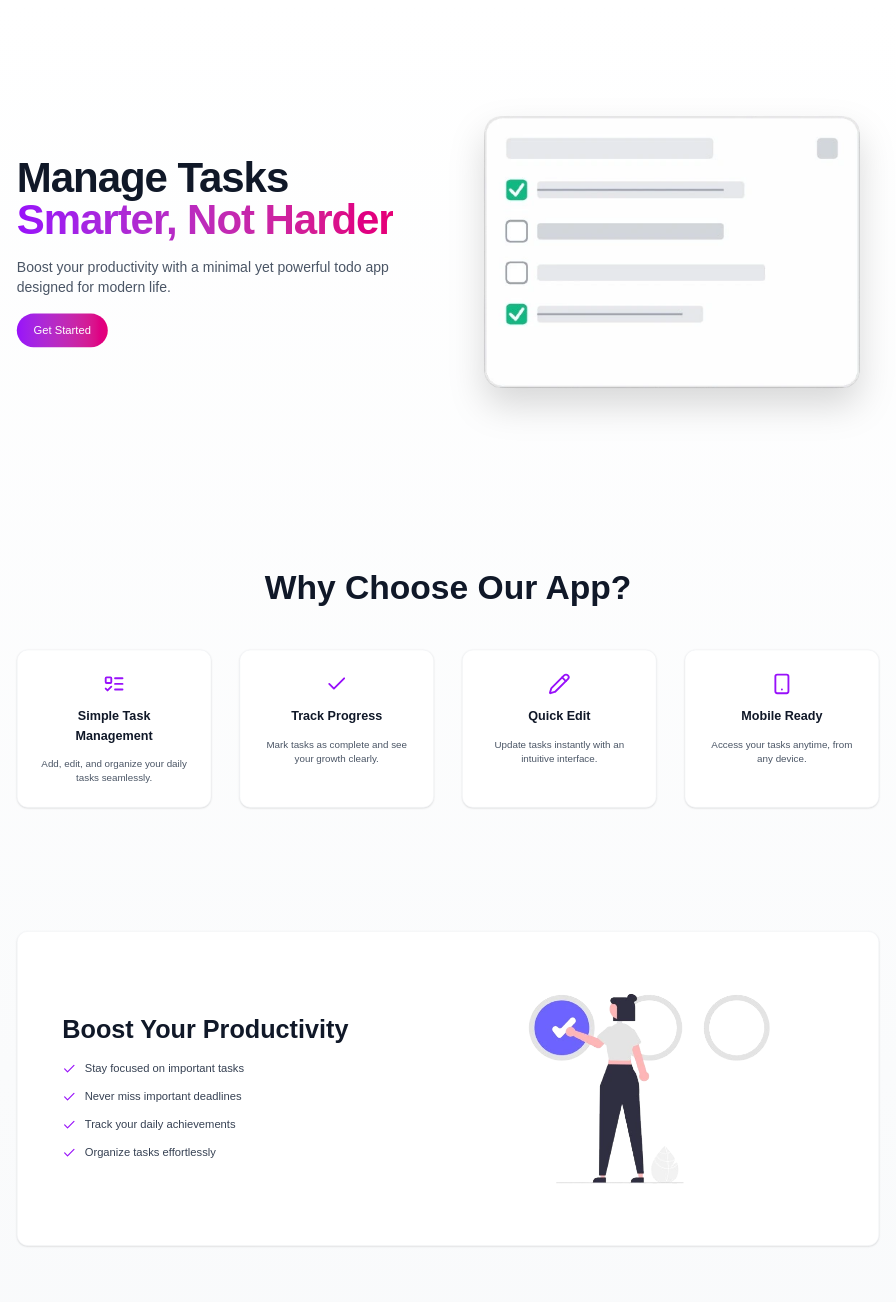
Repository: feldafauzan20/todo-app
Page: /
These files come from the project's save history. The page is drawn as it stood at one moment and after the next save; the edit follows.
The browser window is 1280 px wide. The pictures show the whole page, at 70% of full size.
The project was rebuilt for these pictures with package versions that can differ from the ones it lists, and the page was loaded fresh each time. The framework's server and built-in components were replaced by stand-ins that run in the browser. Also part of the build but not shown: next.config.ts.

Above is the page before, as saved 2025-09-18 11:14:05.

### src/app/layout.tsx
import type { Metadata } from "next";
import { Geist, Geist_Mono } from "next/font/google";
import "./globals.css";
import { Toaster } from "react-hot-toast";

const geistSans = Geist({
  variable: "--font-geist-sans",
  subsets: ["latin"],
});

const geistMono = Geist_Mono({
  variable: "--font-geist-mono",
  subsets: ["latin"],
});

export const metadata: Metadata = {
  title: "To Do App",
  description:
    "A modern task management app built with Next.js, TypeScript, and Tailwind CSS to help organize daily activities with a clean pastel design.",
  keywords: [
    "Next.js",
    "TypeScript",
    "Tailwind CSS",
    "To-Do App",
    "Task Manager",
    "Productivity",
  ],
  authors: [{ name: "Fauzan", url: "https://github.com/feldafauzan20" }],
  openGraph: {
    title: "To Do App",
    description: "A modern to-do list app, built with Next.js and TypeScript.",
    url: "https://your-todo-app.vercel.app", // ganti dengan link deploy kamu
    siteName: "To Do App",
    images: [
      {
        url: "https://your-todo-app.vercel.app/og-image.png", // nanti bisa bikin cover image custom
        width: 1200,
        height: 630,
        alt: "To Do App Preview",
      },
    ],
    locale: "en_US",
    type: "website",
  },
  twitter: {
    card: "summary_large_image",
    title: "To Do App",
    description:
      "A clean and playful to-do list app with Next.js, TypeScript, and Tailwind CSS.",
    images: ["https://your-todo-app.vercel.app/og-image.png"], // sama kayak OG image
    creator: "@yourtwitter", // opsional
  },
  icons: {
    icon: "/favicon.ico",
  },
};

export default function RootLayout({
  children,
}: Readonly<{
  children: React.ReactNode;
}>) {
  return (
    <html lang="en">
      <body
        className={`${geistSans.variable} ${geistMono.variable} antialiased`}
      >
        {children}
        <Toaster position="top-right" />
      </body>
    </html>
  );
}

### src/app/page.tsx
"use client";

import { useRouter } from "next/navigation";
import Image from "next/image";
import { LuCheck, LuPencil, LuListTodo, LuSmartphone } from "react-icons/lu";
import { motion, Variants } from "framer-motion";

// Scroll animation
const scrollVariants: Variants = {
  hidden: { opacity: 0, y: 30 },
  visible: (i: number = 0) => ({
    opacity: 1,
    y: 0,
    transition: { duration: 0.6, delay: i * 0.15, ease: "easeOut" },
  }),
};

export default function LandingPage() {
  const router = useRouter();

  const features = [
    {
      icon: <LuListTodo className="w-8 h-8" />,
      title: "Simple Task Management",
      description: "Add, edit, and organize your daily tasks seamlessly.",
    },
    {
      icon: <LuCheck className="w-8 h-8" />,
      title: "Track Progress",
      description: "Mark tasks as complete and see your growth clearly.",
    },
    {
      icon: <LuPencil className="w-8 h-8" />,
      title: "Quick Edit",
      description: "Update tasks instantly with an intuitive interface.",
    },
    {
      icon: <LuSmartphone className="w-8 h-8" />,
      title: "Mobile Ready",
      description: "Access your tasks anytime, from any device.",
    },
  ];

  return (
    <div className="min-h-screen bg-gradient-to-b from-white to-gray-50 text-gray-900">
      {/* Hero Section */}
      <section className="relative min-h-screen flex items-center px-6">
        {/* Soft background accent */}
        <div className="absolute inset-0 -z-10 overflow-hidden">
          <motion.div
            initial={{ opacity: 0, scale: 0.9 }}
            animate={{ opacity: 0.3, scale: 1 }}
            transition={{ duration: 2 }}
            className="absolute top-[-10%] left-[-10%] w-[500px] h-[500px] rounded-full bg-purple-300 blur-3xl"
          />
          <motion.div
            initial={{ opacity: 0, scale: 0.9 }}
            animate={{ opacity: 0.3, scale: 1 }}
            transition={{ duration: 2, delay: 0.3 }}
            className="absolute bottom-[-10%] right-[-10%] w-[500px] h-[500px] rounded-full bg-pink-300 blur-3xl"
          />
        </div>

        <div className="container mx-auto grid md:grid-cols-2 gap-12 items-center">
          {/* Hero Content */}
          <div className="text-center md:text-left space-y-6">
            <motion.h1
              initial="hidden"
              animate="visible"
              variants={scrollVariants}
              className="text-5xl md:text-6xl font-bold tracking-tight max-w-2xl"
            >
              Manage Tasks{" "}
              <span className="bg-gradient-to-r from-purple-600 to-pink-600 bg-clip-text text-transparent">
                Smarter, Not Harder
              </span>
            </motion.h1>

            <motion.p
              variants={scrollVariants}
              initial="hidden"
              animate="visible"
              custom={1}
              className="text-lg md:text-xl text-gray-600 max-w-xl"
            >
              Boost your productivity with a minimal yet powerful todo app
              designed for modern life.
            </motion.p>

            <motion.div
              variants={scrollVariants}
              initial="hidden"
              animate="visible"
              custom={2}
              className="flex gap-4 justify-center md:justify-start"
            >
              <button
                onClick={() => router.push("/login")}
                className="px-6 py-3 rounded-full bg-gradient-to-r from-purple-600 to-pink-600 text-white font-medium hover:opacity-90 transition"
              >
                Get Started
              </button>
            </motion.div>
          </div>

          {/* Hero Mockup */}
          <motion.div
            variants={scrollVariants}
            initial="hidden"
            animate="visible"
            custom={3}
            className="relative h-[400px] md:h-[500px] flex justify-center"
          >
            <Image
              src="/assets/illustrations/mockup-hero.webp" // ganti dengan asset mockup kamu
              alt="App Mockup"
              fill
              className="object-contain drop-shadow-2xl"
            />
          </motion.div>
        </div>
      </section>

      {/* Features Section */}
      <section
        id="features"
        className="container mx-auto px-6 py-24 text-center"
      >
        <h2 className="text-4xl md:text-5xl font-bold mb-16">
          Why Choose Our App?
        </h2>
        <div className="grid grid-cols-1 md:grid-cols-2 lg:grid-cols-4 gap-10">
          {features.map((feature, index) => (
            <motion.div
              key={index}
              variants={scrollVariants}
              initial="hidden"
              whileInView="visible"
              viewport={{ once: true }}
              custom={index}
              className="p-8 rounded-2xl bg-white shadow-sm border border-gray-100 hover:shadow-md transition"
            >
              <div className="flex flex-col items-center space-y-4">
                <div className="text-purple-600">{feature.icon}</div>
                <h3 className="text-lg font-semibold">{feature.title}</h3>
                <p className="text-gray-600 text-sm">{feature.description}</p>
              </div>
            </motion.div>
          ))}
        </div>
      </section>

      {/* Benefits Section */}
      <section className="container mx-auto px-6 py-20">
        <motion.div
          variants={scrollVariants}
          initial="hidden"
          whileInView="visible"
          viewport={{ once: true }}
          className="rounded-2xl bg-white shadow-sm border border-gray-100 p-10 md:p-16"
        >
          <div className="grid md:grid-cols-2 gap-12 items-center">
            <div className="space-y-6">
              <h2 className="text-3xl md:text-4xl font-bold">
                Boost Your Productivity
              </h2>
              <ul className="space-y-4 text-left">
                {[
                  "Stay focused on important tasks",
                  "Never miss important deadlines",
                  "Track your daily achievements",
                  "Organize tasks effortlessly",
                ].map((text, i) => (
                  <li key={i} className="flex items-center space-x-3">
                    <LuCheck className="w-5 h-5 text-purple-600" />
                    <span className="text-gray-700">{text}</span>
                  </li>
                ))}
              </ul>
            </div>
            <div className="relative h-64 md:h-80">
              <Image
                src="/assets/illustrations/check-image-landing.webp"
                alt="Productivity Illustration"
                fill
                className="object-contain"
              />
            </div>
          </div>
        </motion.div>
      </section>
    </div>
  );
}

### src/components/Navbar.tsx
"use client";

import { useState, useEffect } from "react";
import { useRouter } from "next/navigation";
import { motion } from "framer-motion";
import Image from "next/image";

export default function Navbar() {
  const router = useRouter();
  const [scrolled, setScrolled] = useState(false);

  // Handle scroll effect
  useEffect(() => {
    const handleScroll = () => {
      setScrolled(window.scrollY > 20);
    };

    window.addEventListener("scroll", handleScroll);
    return () => window.removeEventListener("scroll", handleScroll);
  }, []);

  return (
    <motion.nav
      initial={{ y: -100 }}
      animate={{ y: 0 }}
      className={`fixed top-0 left-0 right-0 z-50 transition-all duration-300 ${
        scrolled ? "bg-white/80 backdrop-blur-md shadow-sm" : "bg-transparent"
      }`}
    >
      <div className="container mx-auto px-6">
        <div className="flex items-center justify-between h-16 md:h-20">
          {/* Logo */}
          <div className="flex items-center space-x-2">
            <div className="w-8 h-8 relative">
              <Image
                src="/assets/illustrations/cat-modal.webp"
                alt="Logo"
                fill
                className="object-contain"
              />
            </div>
            <span className="text-xl font-bold bg-gradient-to-r from-purple-600 to-pink-600 bg-clip-text text-transparent">
              TodoApp
            </span>
          </div>

          {/* Navigation Links */}
          <div className="hidden md:flex items-center space-x-8">
            <a
              href="#features"
              className="text-gray-700 hover:text-purple-600 transition"
            >
              Features
            </a>
            <a
              href="#benefits"
              className="text-gray-700 hover:text-purple-600 transition"
            >
              Benefits
            </a>
          </div>

          {/* CTA Button */}
          <button
            onClick={() => router.push("/login")}
            className="px-6 py-2 rounded-full bg-gradient-to-r from-purple-600 to-pink-600 text-white font-medium hover:opacity-90 transition"
          >
            Get Started
          </button>
        </div>
      </div>
    </motion.nav>
  );
}

Loaded but not shown: src/app/globals.css (common file)

After the next save:
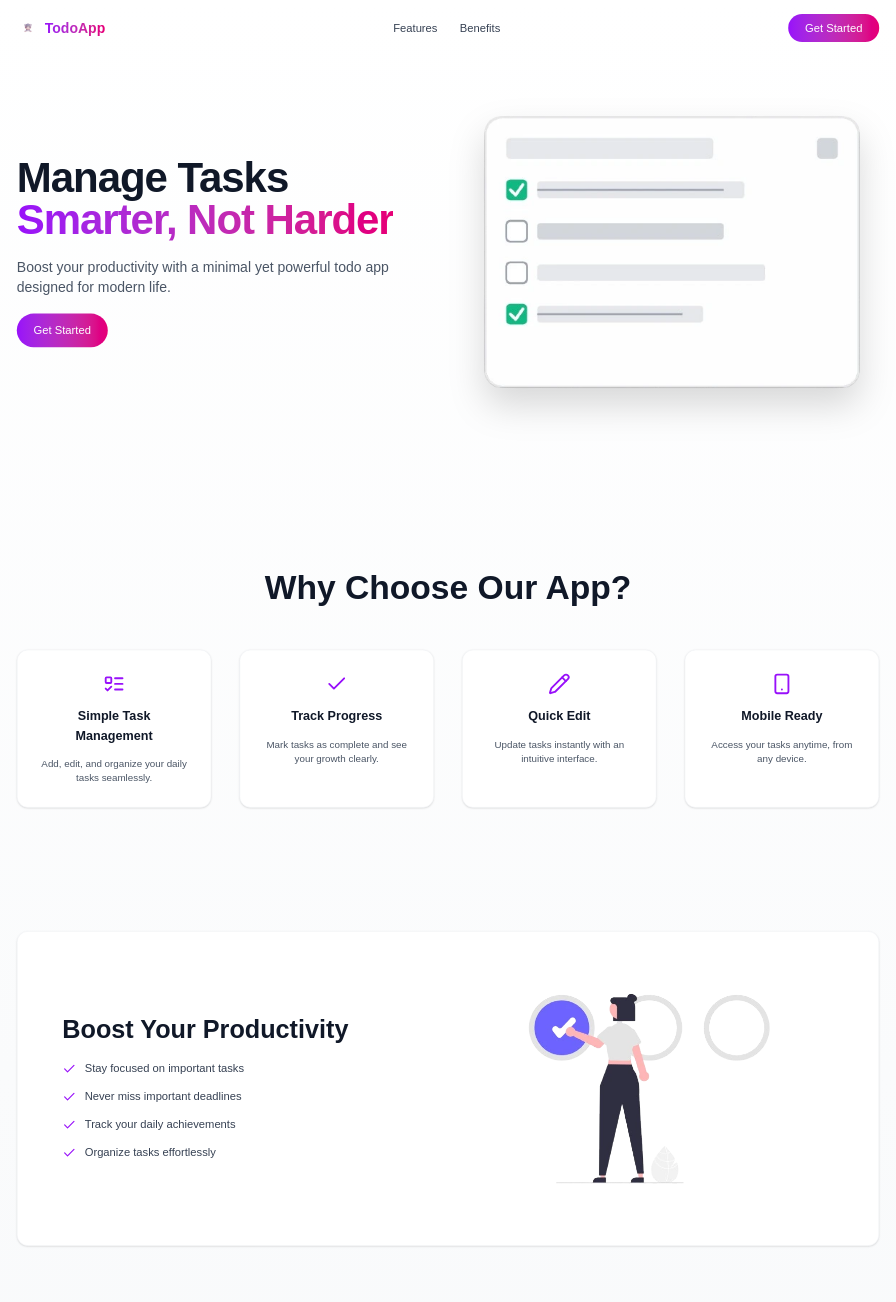
Saved 10 s later.
--- a/src/app/page.tsx
+++ b/src/app/page.tsx
@@ -4,6 +4,7 @@ import { useRouter } from "next/navigation";
 import Image from "next/image";
 import { LuCheck, LuPencil, LuListTodo, LuSmartphone } from "react-icons/lu";
 import { motion, Variants } from "framer-motion";
+import Navbar from "@/components/Navbar";
 
 // Scroll animation
 const scrollVariants: Variants = {
@@ -43,6 +44,7 @@ export default function LandingPage() {
 
   return (
     <div className="min-h-screen bg-gradient-to-b from-white to-gray-50 text-gray-900">
+      <Navbar />
       {/* Hero Section */}
       <section className="relative min-h-screen flex items-center px-6">
         {/* Soft background accent */}
